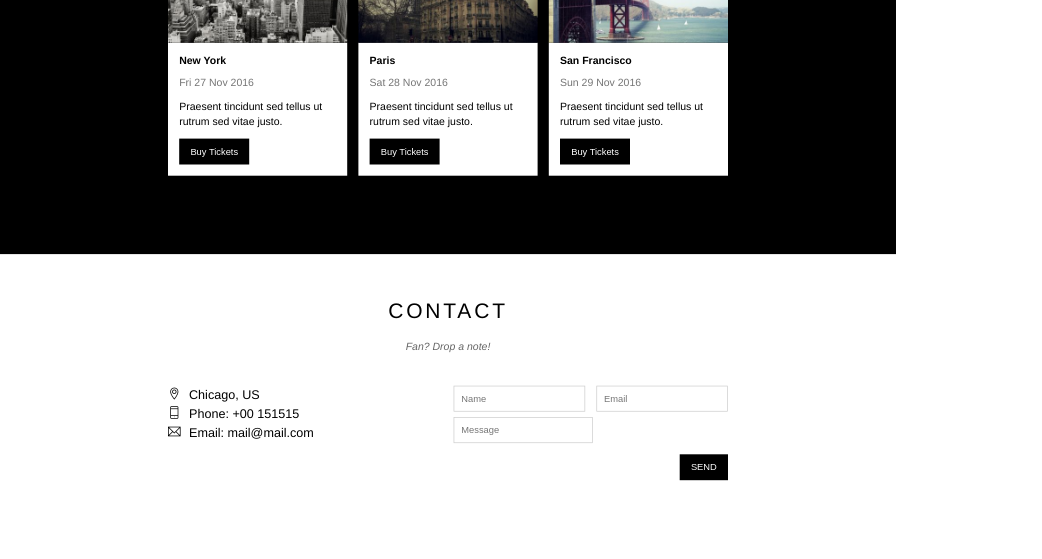
Repository: vophuocthanh/phuocthanhk03
Page: index.html
An editor plug-in stored every save of this project. The page is shown before and after the next save, followed by the edit.
The browser window is 1280 px wide. The page is 1280 px wide, then 1489 px, so the pictures cover 1489 px, including what lies to the right of the window. The pictures show the part of the page from y = 1790 to 3430 px (the page is 2588 px tall before and 3430 px after), at 70% of full size.

Above is the page before, as saved 2022-03-27 14:32:40.

After the next save:
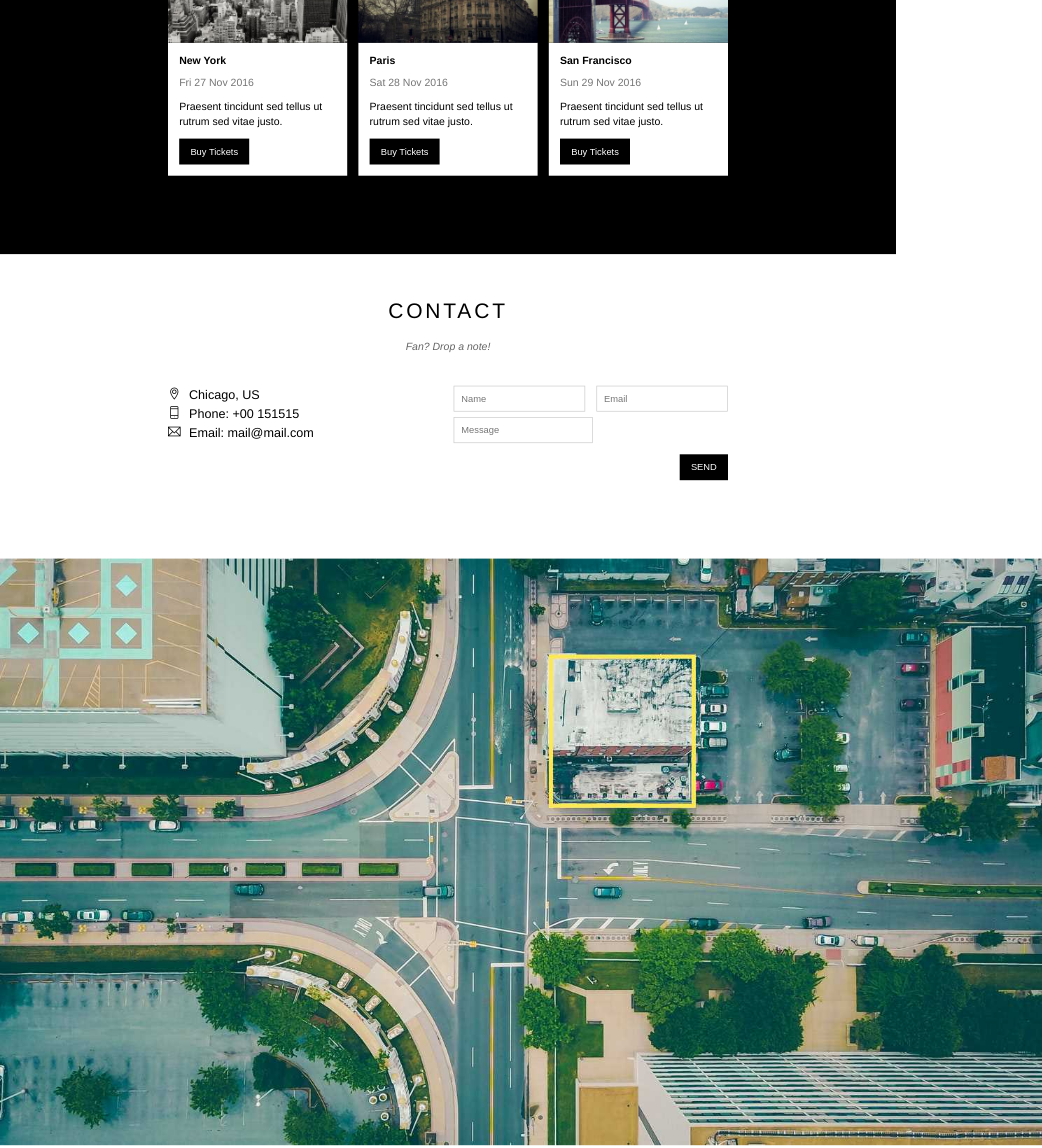
Saved 4 min 52 s later.
--- a/index.html
+++ b/index.html
@@ -127,11 +127,10 @@
                 </div>
 
             </div>
-            <!-- Contact section -->
+            <!--Begin: Contact section -->
             <div class="content-section">
                 <h2 class="section-heading">CONTACT</h2>
                 <p class="section-sub-heading">Fan? Drop a note!</p>
-
                 <div class="row contact-content">
                     <div class="col col-half
                     contact-info">
@@ -160,10 +159,12 @@
                         </form>
                     </div>
                 </div>
-
-
-            </div>
-
+            </div>
+            <!--End: Contact section -->
+
+            <div class="map-section">
+                <img src="./asset/img/map.jpg" alt="Map">
+            </div>
             <div id="footer">
 
             </div>
